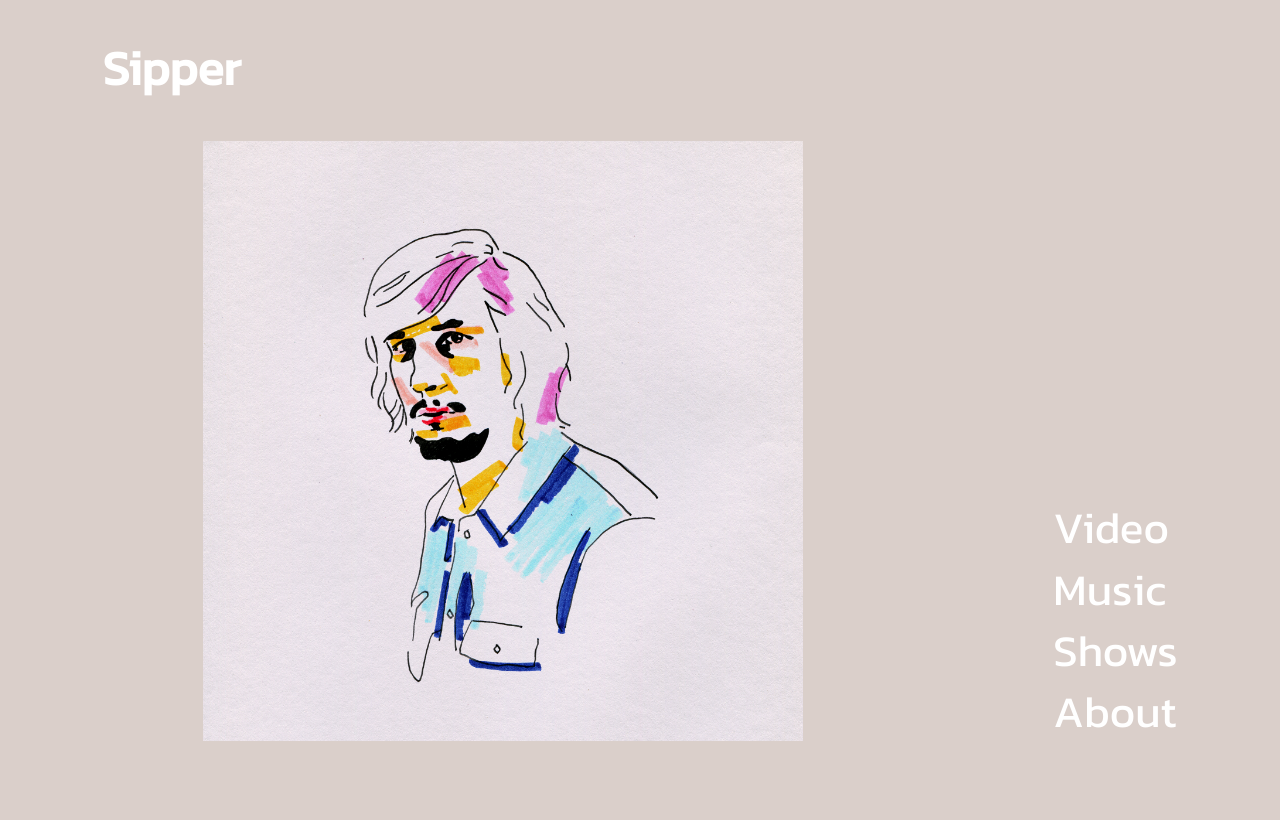
Repository: KrystellBarraza/SipperNYC
Page: home.html
The author's editor kept a copy of each file at every save. The page is drawn from the files as they stood at one save, then again after the next save.
The browser window is 1280 px wide. The pictures show the whole page.
Some web libraries are served in a nearby version.

Above is the page before, as saved 2019-08-17 11:57:37.

### home.html
<!DOCTYPE html>
    <head>
        <meta charset="utf-8">
        <meta http-equiv="X-UA-Compatible" content="IE=edge">
        <title>Sipper</title>
        <meta name="description" content="Wholesome and intrinsically delicate, SIPPER is an NYC based band who wants nothing more than to make you enjoy whatever they put out.">
        <meta name="viewport" content="width=device-width, initial-scale=1">
        <script src="https://kit.fontawesome.com/0942df55aa.js"></script>
        <script src="https://ajax.googleapis.com/ajax/libs/jquery/3.4.1/jquery.min.js"></script>
        <link rel="stylesheet" href="https://ajax.googleapis.com/ajax/libs/jqueryui/1.12.1/themes/smoothness/jquery-ui.css">
        <script src="https://ajax.googleapis.com/ajax/libs/jqueryui/1.12.1/jquery-ui.min.js"></script>
        <link href="https://fonts.googleapis.com/css?family=Kanit&display=swap" rel="stylesheet">
        <link rel="stylesheet" href="style.css">
        <link rel="stylesheet" href="venobox/venoboxcopy.css" type="text/css" media="screen">
    </head>
    <body>

        <div class="container-home">
            <div class="head">
                <header>
                    <h1><a href="home.html">Sipper</a></h1>

                    <div id="toggleText">
                        <p class="menuToggle Open placeHolder"></p>
                        <p class="menuToggle Close" style="color: #FFF;"></p>
                    </div>

                    <div id="menu">
                        <ul id="hiddenMenu">
                            <li><a href="#video">Video</a></li>
                            <li><a href="#music">Music</a></li>
                            <li><a href="#shows">Shows</a></li>
                            <li><a href="#about">About</a></li>
                        </ul>
                    </div>

                    <div class="inlineMenu">
                        <a href="#video">Video</a>
                        <a href="#music">Music</a>
                        <a href="#shows">Shows</a>
                        <a href="#about">About</a>
                    </div>

                </header>
            </div>

            <div id="menu-container"></div>

            <div class="menu">
                <div class="flexbox-nav">
                    <nav class="side-Nav">
                        <li><a href="#video">Video</a></li>
                        <li><a href="#music">Music</a></li>
                        <li><a href="#shows">Shows</a></li>
                        <li><a href="#about">About</a></li>
                    </nav>
                </div>
            </div>

            <div class="album">
                <img src="images/albumcover.jpg">
            </div>

            <div class="footer"></div>

        </div>

        <script src="app.js" async defer></script>
        <script src="venobox/venobox.mincopy.js" async defer></script>
    </body>
</html>

### style.css
* {
    box-sizing: border-box;
}

html {
    scroll-behavior: smooth;
}

body {
    margin: 0;
    background-color: #dacfca;
}

p, li {
    font-family: 'Kanit', sans-serif;
}

p {
    font-size: 18px;
}

h1 {
    font-family: 'Kanit', sans-serif;
    color: #fff;
    font-size: 48px;
}

a {
    text-decoration: none;
    color: #fff;
}

/* Header */

.container-home {
    display: grid;
    grid-template-columns: repeat(12, 1fr);
    grid-template-rows: auto 2fr 1fr;
    grid-gap: 5px;
    grid-column-gap: 20px;
    padding-left: 8%;
    padding-right: 8%;
    grid-template-areas:
    "h h h h h h h h h h h h"
    "c c c c c c c c c m m m"
    "c c c c c c c c c m m m"
    "c c c c c c c c c m m m"
    "f f f f f f f f f f f f";
}

.head {
    grid-area: h;
}

.inlineMenu {
    font-family: 'Kanit', sans-serif;
    font-size: 22px;
    word-spacing: 1em;
    top: 16%;
    right: 10%;
    position: absolute;
}

@media (min-width: 566px) and (max-width: 569px) {
    .inlineMenu {
        top: 19.5%;
        word-spacing: .5em;
    }
}

/* Toggled Header Nav */

#toggleText {
    top: 5%;
    right: 10%;
    color: #fff;
    position: absolute;
    z-index: 10;
}

#menu-container {
    background-color: #03262f;
    position: absolute;
    width: 100%;
    left: 0%;
    height: 100vh;
    z-index: 6;
}

#menu {
    background-color: #03262f;
    position: absolute;
    top: 0%;
    left: 0%;
    width: 100%;
    height: 100vh;
    z-index: 7;
}

#hiddenMenu {
    position: absolute;
    top: 30%;
}

p.placeHolder {
    display: none;
}

p.Open:before {
    content: "Menu";
}

p.Close:before {
    content: "Close";
}

ul {
    list-style: none;
}

li {
    font-size: 44px;
    line-height: 46pt;
}

/* Toggled Menu Media Queries */

@media only screen and (max-width: 450px) {
    nav {
        visibility: hidden;
    }
}

@media only screen and (min-width: 450px) {
    #toggleText {
        visibility: hidden;
    }

    #menu {
        visibility: hidden;
    }

    #menu-container {
        visibility: hidden;
    }
}

/* Menu */

.menu {
    grid-area: m;
}

.flexbox-nav {
    display: flex;
    align-items: flex-end;
    justify-content: flex-end;
    margin-top: 356px;
}

.side-nav {
    align-self: flex-end;
    margin-top: 30px;
}

nav > a {
    font-family: 'Kanit', sans-serif;
    color: #fff;
    font-size: 48px;
}

nav > li {
    list-style-type: none;
    padding: 0;
    margin: 0;
}

@media only screen and (max-width: 416px){
    .menu {
        display: none;
    }

    .container-home {
        display: grid;
        grid-template-columns: repeat(12, 1fr);
        grid-template-rows: auto 2fr 1fr;
        grid-gap: 5px;
        padding-left: 8%;
        padding-right: 8%;
        grid-template-areas:
        "h h h h h h h h h h h h"
        "c c c c c c c c c c c c"
        "c c c c c c c c c c c c"
        "c c c c c c c c c c c c"
        "f f f f f f f f f f f f";
    }

    .album > img {
        object-fit: contain;
        width: 100%;
    }

}

@media (min-width: 416px) {
    .inlineMenu {
        display: none;
    }
}

@media (orientation: landscape) and (max-width: 766px) {
    .menu {
        display: none;
    }

    .container-home {
        display: grid;
        grid-template-columns: repeat(12, 1fr);
        grid-template-rows: auto 2fr 1fr;
        grid-gap: 5px;
        padding-left: 8%;
        padding-right: 8%;
        grid-template-areas:
        "h h h h h h h h h h h h"
        "c c c c c c c c c c c c"
        "c c c c c c c c c c c c"
        "c c c c c c c c c c c c"
        "f f f f f f f f f f f f";
    }

    .album > img {
        object-fit: contain;
        width: 100%;
    }
}

/* Album */

.album {
    grid-area: c;
}

.album > img {
    object-fit: contain;
    width: 100%;
    max-height: 600px;
}

/* Footer */

.footer {
    grid-area: f;
    height: 70px;
}

### app.js
$(document).ready(() => {
    $('#toggleText').click(() => {
      $('.menuToggle').toggleClass('placeHolder');
      $('#menu').toggle('slide',{direction:'up'}, 1000);
      $('#menu-container').toggle('fade',{direction: 'down'}, 500);
    });
  });

  $(document).ready(function(){
    $('.venobox').venobox({
        spinner:'three bounce',
        closeBackground: 'transparent'
    });
});

Loaded but not shown: venobox/venobox.mincopy.js (library); venobox/venoboxcopy.css (no copy from this time; the picture is the same without it)

After the next save:
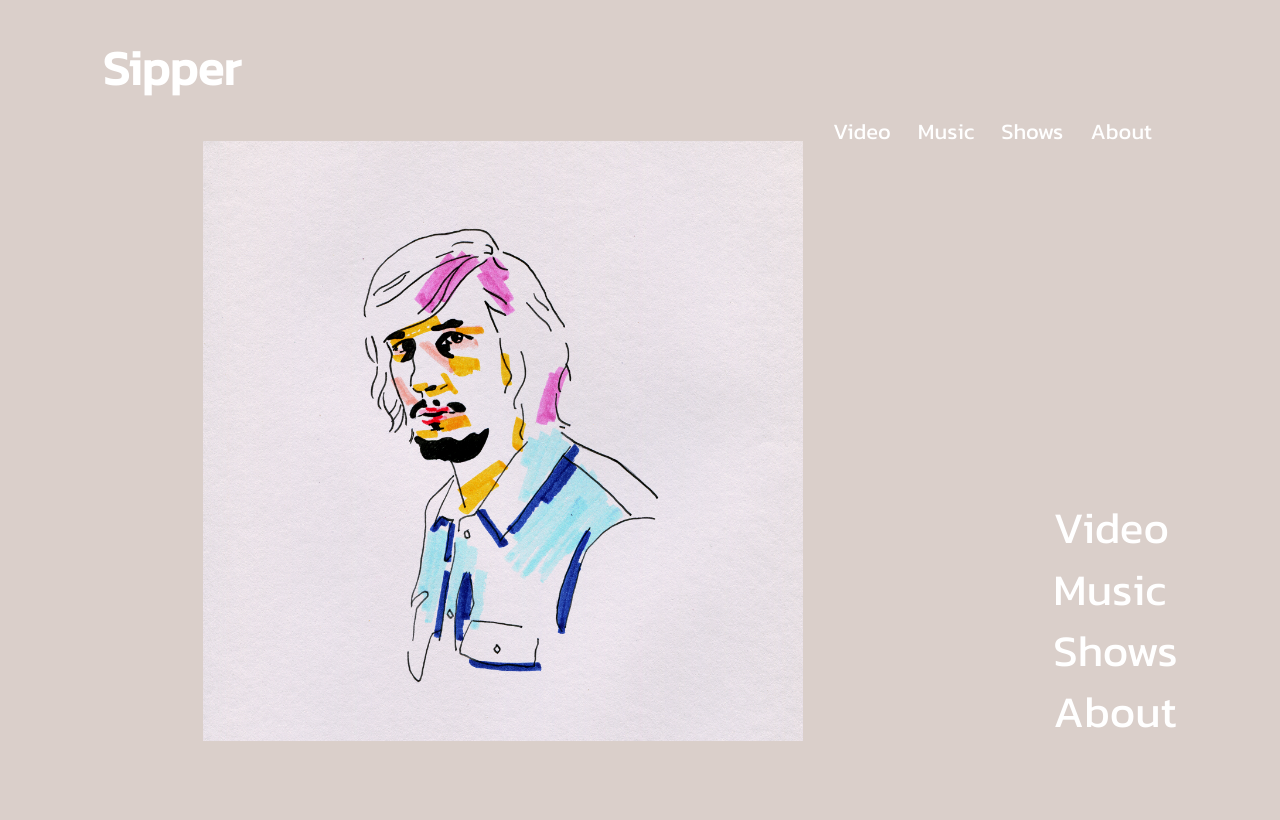
Saved 5 min 59 s later.
--- a/style.css
+++ b/style.css
@@ -202,11 +202,6 @@
 
 }
 
-@media (min-width: 416px) {
-    .inlineMenu {
-        display: none;
-    }
-}
 
 @media (orientation: landscape) and (max-width: 766px) {
     .menu {

After the 4 saves that followed:
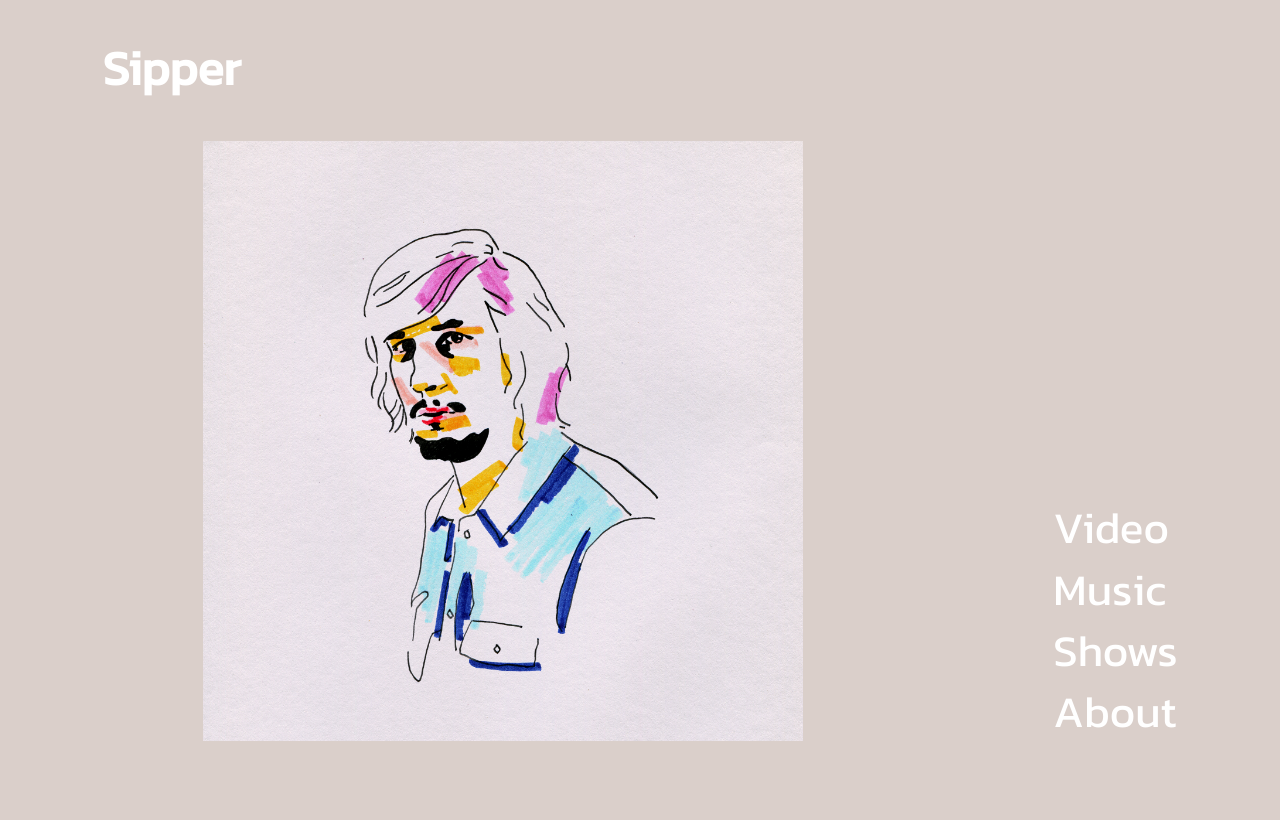
The 4 saves are shown as one change because 3 left the picture as it was.
The last was saved 11 min 2 s later.
--- a/style.css
+++ b/style.css
@@ -202,6 +202,17 @@
 
 }
 
+@media only screen and (max-width: 416px) {
+    .inlineMenu {
+        display: none;
+    }
+}
+
+@media only screen and (min-width: 416px){
+    .inlineMenu {
+        display: none;
+    }
+}
 
 @media (orientation: landscape) and (max-width: 766px) {
     .menu {
